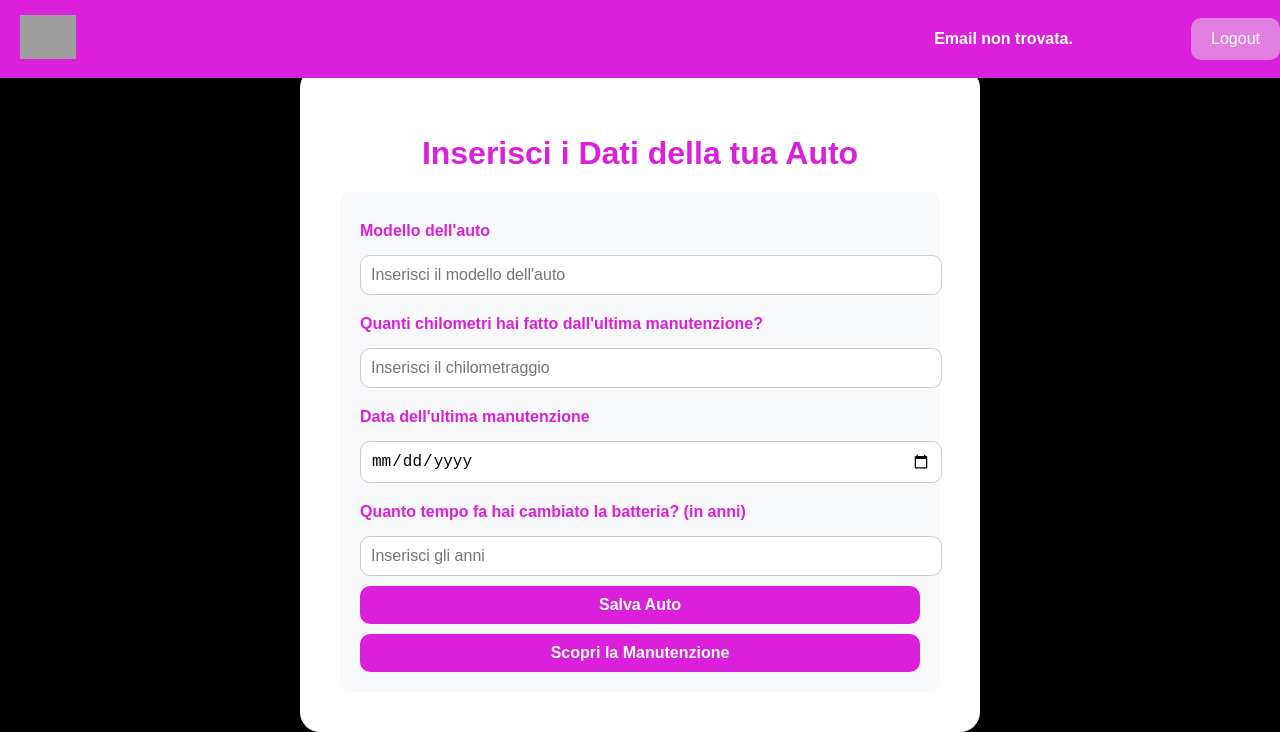
Repository: maxdl98/AppAuto
Page: http://localhost/index
These files come from the project's save history. The page is drawn as it stood at one moment and after the next save; the edit follows.
The browser window is 1280 px wide. The pictures show the whole page.
Pictures or frames that could not be fetched are drawn as grey boxes. The page is this project's Thymeleaf template; nobody is signed in. The template is opened directly, without the code that normally fills it, so the values that code supplies are empty.

Above is the page before, as saved 2025-01-13 14:57:16.

After the next save:
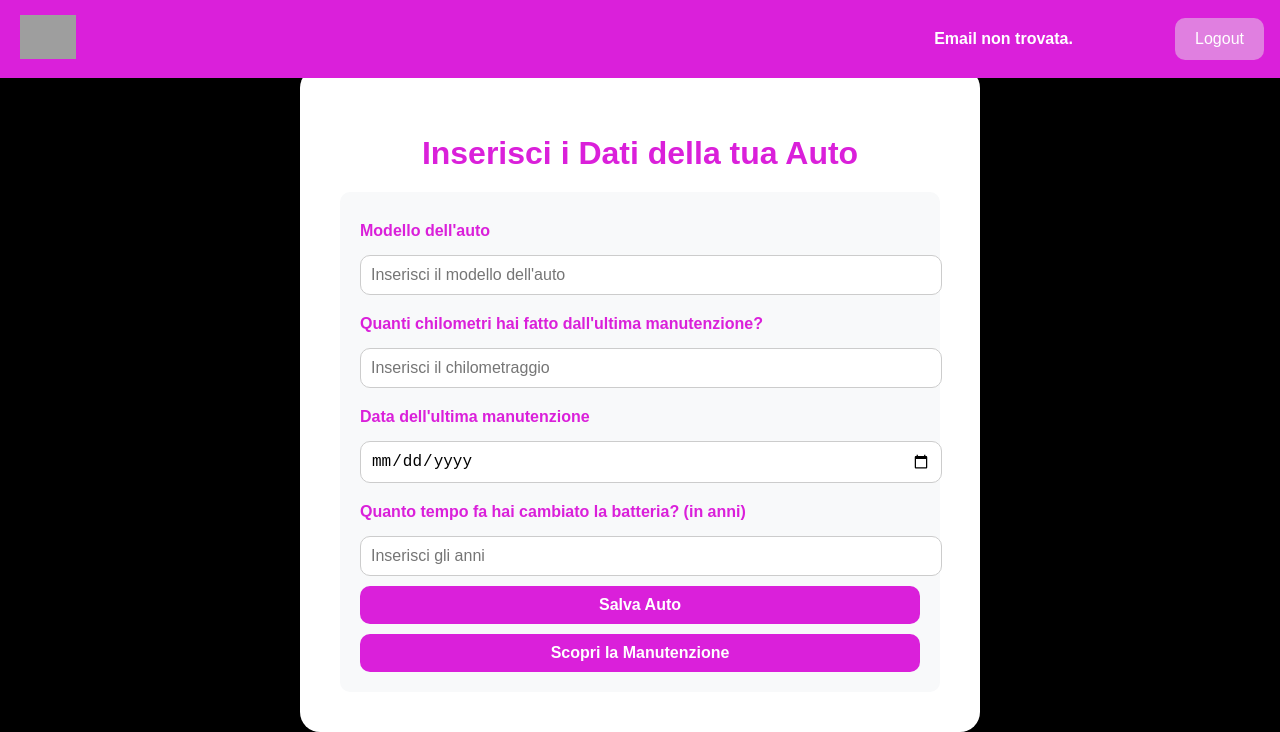
Saved 3 min 31 s later.
--- a/AutoApp/src/main/resources/templates/index.html
+++ b/AutoApp/src/main/resources/templates/index.html
@@ -44,7 +44,7 @@
             cursor: pointer;
             transition: background-color 0.3s;
             position: relative;
-            right: 20px;
+            right: 36px;
         }
 
         .topbar .logout-btn:hover {
